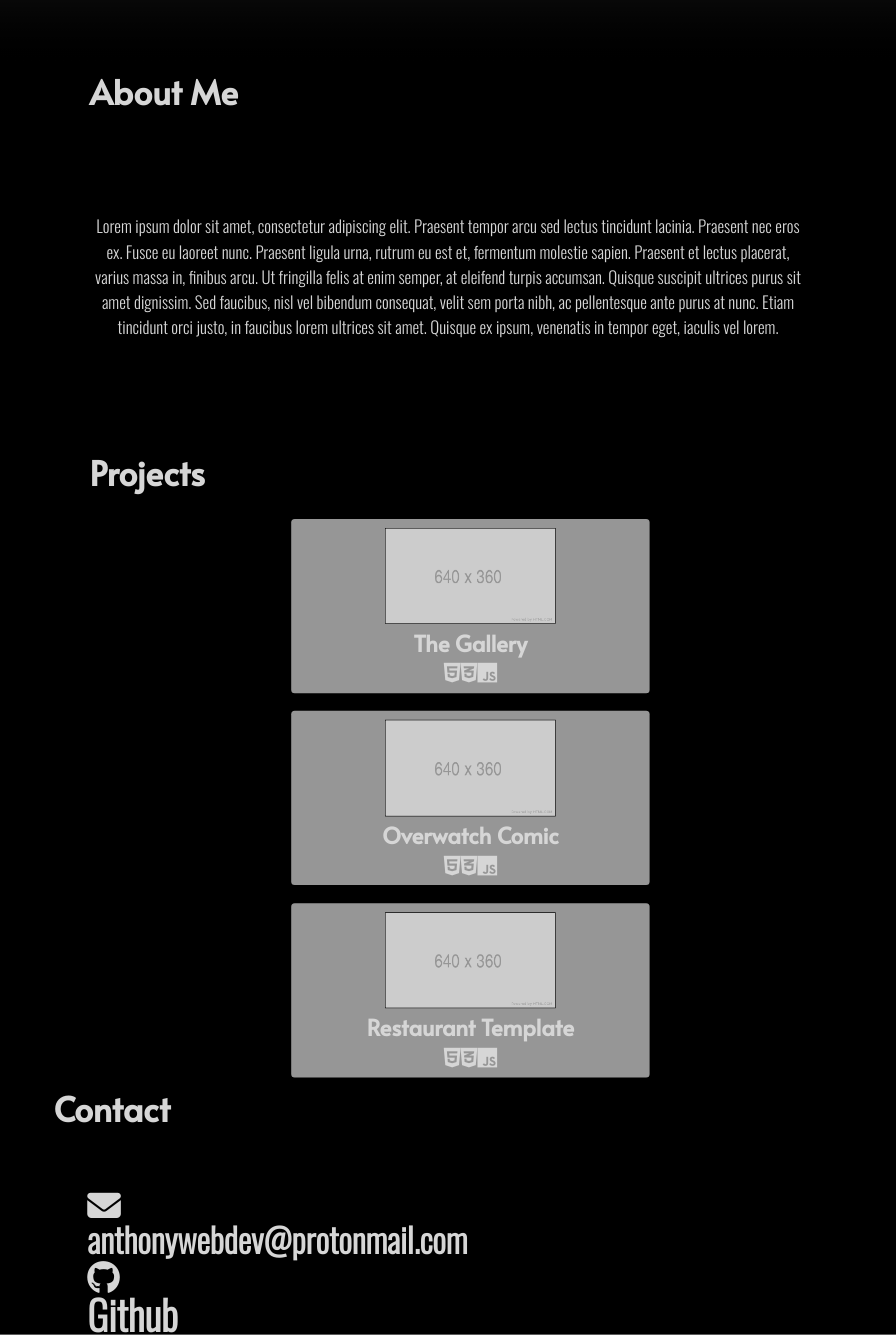
Repository: sloppytony/newport
Page: / (app in portfolio/)
The author's editor kept a copy of each file at every save. The page is drawn from the files as they stood at one save, then again after the next save.
The browser window is 1280 px wide. The pictures show the part of the page from y = 686 to 2606 px (the page is 2606 px tall), at 70% of full size.
Some web libraries are served in a nearby version. The project was rebuilt for these pictures with package versions that can differ from the ones it lists, and the page was loaded fresh each time. Also part of the build but not shown: portfolio/src/index.css.

Above is the page before, as saved 2020-08-23 19:49:19.

### portfolio/public/index.html
<!DOCTYPE html>
<html lang="en">
  <head>
    <meta charset="utf-8" />
    <link rel="icon" href="%PUBLIC_URL%/favicon.ico" />
    <meta name="viewport" content="width=device-width, initial-scale=1" />
    <meta name="theme-color" content="#000000" />
    <meta
      name="description"
      content="Web site created using create-react-app"
    />
    <link rel="apple-touch-icon" href="%PUBLIC_URL%/logo192.png" />
    <!--
      manifest.json provides metadata used when your web app is installed on a
      user's mobile device or desktop. See https://developers.google.com/web/fundamentals/web-app-manifest/
    -->
    <link rel="manifest" href="%PUBLIC_URL%/manifest.json" />
    <!--
      Notice the use of %PUBLIC_URL% in the tags above.
      It will be replaced with the URL of the `public` folder during the build.
      Only files inside the `public` folder can be referenced from the HTML.

      Unlike "/favicon.ico" or "favicon.ico", "%PUBLIC_URL%/favicon.ico" will
      work correctly both with client-side routing and a non-root public URL.
      Learn how to configure a non-root public URL by running `npm run build`.
    -->
    <link
      href="https://fonts.googleapis.com/css2?family=Alata&family=Oswald:wght@300&display=swap"
      rel="stylesheet"
    />
    <script
      src="https://kit.fontawesome.com/9a01f23326.js"
      crossorigin="anonymous"
    ></script>
    <title>React App</title>
  </head>
  <body>
    <noscript>You need to enable JavaScript to run this app.</noscript>
    <div id="root"></div>
    <!--
      This HTML file is a template.
      If you open it directly in the browser, you will see an empty page.

      You can add webfonts, meta tags, or analytics to this file.
      The build step will place the bundled scripts into the <body> tag.

      To begin the development, run `npm start` or `yarn start`.
      To create a production bundle, use `npm run build` or `yarn build`.
    -->
  </body>
</html>

### portfolio/src/App.js
import React from "react";

import "./App.css";

function App() {
  return (
    <body>
      <div className="section1">
        <div className="section1-container">
          <h1 className="mainTitle">Anthony Tostado</h1>
          <p className="mainPara">
            Welcome! take a look around...make yourself at home.
          </p>
          <h2 className="scroll">Scroll</h2>
        </div>
      </div>
      <div className="section2">
        <h1 className="title">About Me</h1>
        <p className="aboutPara">
          Lorem ipsum dolor sit amet, consectetur adipiscing elit. Praesent
          tempor arcu sed lectus tincidunt lacinia. Praesent nec eros ex. Fusce
          eu laoreet nunc. Praesent ligula urna, rutrum eu est et, fermentum
          molestie sapien. Praesent et lectus placerat, varius massa in, finibus
          arcu. Ut fringilla felis at enim semper, at eleifend turpis accumsan.
          Quisque suscipit ultrices purus sit amet dignissim. Sed faucibus, nisl
          vel bibendum consequat, velit sem porta nibh, ac pellentesque ante
          purus at nunc. Etiam tincidunt orci justo, in faucibus lorem ultrices
          sit amet. Quisque ex ipsum, venenatis in tempor eget, iaculis vel
          lorem.{" "}
        </p>
      </div>
      <div className="section3">
        <h1 className="projectTitle">Projects</h1>
        <div className="projectContent">
          <div className="card1">
            <img
              className="cardImage"
              src={require("../src/img/640x360.png")}
            ></img>
            <h1 className="cardTitle">The Gallery</h1>
            <div className="icons">
              <i className="fab fa-html5 fa-2x"></i>
              <i className="fab fa-css3-alt fa-2x"></i>
              <i className="fab fa-js fa-2x"></i>
            </div>
          </div>
          <div className="card2">
            <img
              className="cardImage"
              src={require("../src/img/640x360.png")}
            ></img>
            <h1 className="cardTitle">Overwatch Comic</h1>
            <div className="icons">
              <i className="fab fa-html5 fa-2x"></i>
              <i className="fab fa-css3-alt fa-2x"></i>
              <i className="fab fa-js fa-2x"></i>
            </div>
          </div>
          <div className="card3">
            <img
              className="cardImage"
              src={require("../src/img/640x360.png")}
            ></img>
            <h1 className="cardTitle">Restaurant Template</h1>
            <div className="icons">
              <i className="fab fa-html5 fa-2x"></i>
              <i className="fab fa-css3-alt fa-2x"></i>
              <i className="fab fa-js fa-2x"></i>
            </div>
          </div>
        </div>
      </div>
      <div className="section4">
        <h1 className="title">Contact</h1>
        <div className="contactIcons">
          <i className="fas fa-envelope fa-3x">
            <h1 className="contact1">anthonywebdev@protonmail.com</h1>
          </i>
          <i className="fab fa-github fa-3x">
            <h1 className="contact">Github</h1>
          </i>
        </div>
      </div>
    </body>
  );
}

export default App;

### portfolio/src/App.css
* {
  margin: 0;
  padding: 0;
  box-sizing: border-box;
}

body {
  background: linear-gradient(
    180deg,
    rgba(0, 0, 0, 0) 10%,
    rgba(0, 0, 0, 1) 30%
  );

  height: 360vh;
  width: 100%;
}

.image {
  width: 100%;
  height: 100%;
}

/*opening page*/
.section1 {
  height: 100vh;
  width: 100%;
  display: flex;
  justify-content: center;
  align-items: center;
  flex-direction: column;
}

div.section1-container {
  width: 80%;
  height: 75vh;
  background: url("./img/mountainspace.jfif");
  background-size: cover;
  background-position: bottom;
  display: flex;
  justify-content: center;
  align-items: center;
  flex-direction: column;
  box-shadow: -5px 5px 5px rgba(44, 44, 44, 0.5);
  border: 5px solid rgb(214, 214, 214);
}

.mainTitle {
  font-family: "Alata", sans-serif;
  font-weight: 100;
  font-size: 400%;
  display: flex;
  justify-content: center;
  align-items: center;
  text-align: center;
  color: rgb(214, 214, 214);

  animation: fadeIn 1.5s;
  border: 3px solid white;
  width: 50%;
  height: 20%;
}

.mainPara {
  font-family: "Oswald", sans-serif;
  font-size: 200%;
  display: flex;
  align-items: center;
  text-align: center;
  color: rgb(214, 214, 214);
  padding: 5%;
  text-shadow: -5px 5px 5px rgba(44, 44, 44, 0.5);
  animation: fadeIn 1.5s;
}

.scroll {
  font-family: "Oswald", sans-serif;
  font-size: 300%;
  padding-bottom: 2%;
  animation: pulse 2.5s infinite;
  color: rgb(214, 214, 214);
}

/*about*/
.section2 {
  height: 75vh;
  width: 100%;
  overflow: hidden;
  display: flex;
  align-items: center;
  justify-content: center;
  flex-direction: column;
  margin-bottom: 10%;
}

.title {
  height: 20vh;
  width: 80%;

  font-family: "Alata", sans-serif;
  font-size: 300%;
  color: rgb(214, 214, 214);
}

.projectTitle {
  height: 20vh;
  width: 80%;

  font-family: "Alata", sans-serif;
  font-size: 300%;
  color: rgb(214, 214, 214);
}

p.aboutPara {
  width: 80%;
  height: 20vh;
  text-align: center;
  margin: 5%;
  font-size: 150%;
  font-family: "Oswald", sans-serif;
  color: rgb(214, 214, 214);
}

/*projects*/
.section3 {
  height: 100vh;
  width: 100%;

  color: rgb(16, 130, 230);
  display: flex;
  justify-content: center;
  align-items: center;
  flex-direction: column;
}

div.projectContent {
  width: 100%;
  height: 99vh;
  display: flex;
  align-items: center;
  justify-content: center;
  flex-direction: column;
  margin-top: 5%;
}

div.card1 {
  height: 50%;
  width: 40%;
  display: flex;
  justify-content: center;
  align-items: center;
  flex-direction: column;
  background: rgb(214, 214, 214, 0.7);
  border-radius: 5px 5px 5px;
  margin-left: 5%;
  padding: 1%;
  margin-top: 2%;
}

div.card2 {
  height: 50%;
  width: 40%;
  display: flex;
  justify-content: center;
  align-items: center;
  flex-direction: column;
  background: rgb(214, 214, 214, 0.7);
  border-radius: 5px 5px 5px;
  margin-left: 5%;
  padding: 1%;
  margin-top: 2%;
}

div.card3 {
  height: 50%;
  width: 40%;
  display: flex;
  justify-content: center;
  align-items: center;
  flex-direction: column;
  background: rgb(214, 214, 214, 0.7);
  border-radius: 5px 5px 5px;
  margin-left: 5%;
  padding: 1%;
  margin-top: 2%;
}

img.cardImage {
  width: 50%;
  border: 1px solid black;
}

h1.cardTitle {
  margin: 1%;
  font-size: 300;
  font-family: "Alata", sans-serif;
  color: rgb(214, 214, 214);
}

/*contact*/
div.section4 {
  height: 50vh;
  width: 75%;

  margin-top: 10%;
  margin-left: 6%;
}

div.contactIcons {
  height: 30vh;
  display: flex;
  justify-content: space-around;
  align-items: baseline;
  flex-direction: column;
  padding-left: 5%;
  color: rgb(214, 214, 214);
}

.contact {
  font-family: "Oswald", sans-serif;
  font-size: larger;
}

.contact1 {
  font-family: "Oswald", sans-serif;
  font-size: 100%;
}

i {
  color: rgb(214, 214, 214);
}

@media only screen and (max-width: 1025px) {
  .contact1 {
    font-size: 50%;
  }
}

@keyframes fadeIn {
  from {
    opacity: 0;
  }
  to {
    opacity: 1;
  }
}

@keyframes pulse {
  0% {
    opacity: 0;
  }

  50% {
    opacity: 1;
  }
  100% {
    opacity: 0;
  }
}

Loaded but not shown: portfolio/src/index.js (common file); portfolio/src/serviceWorker.js (common file)

After the next save:
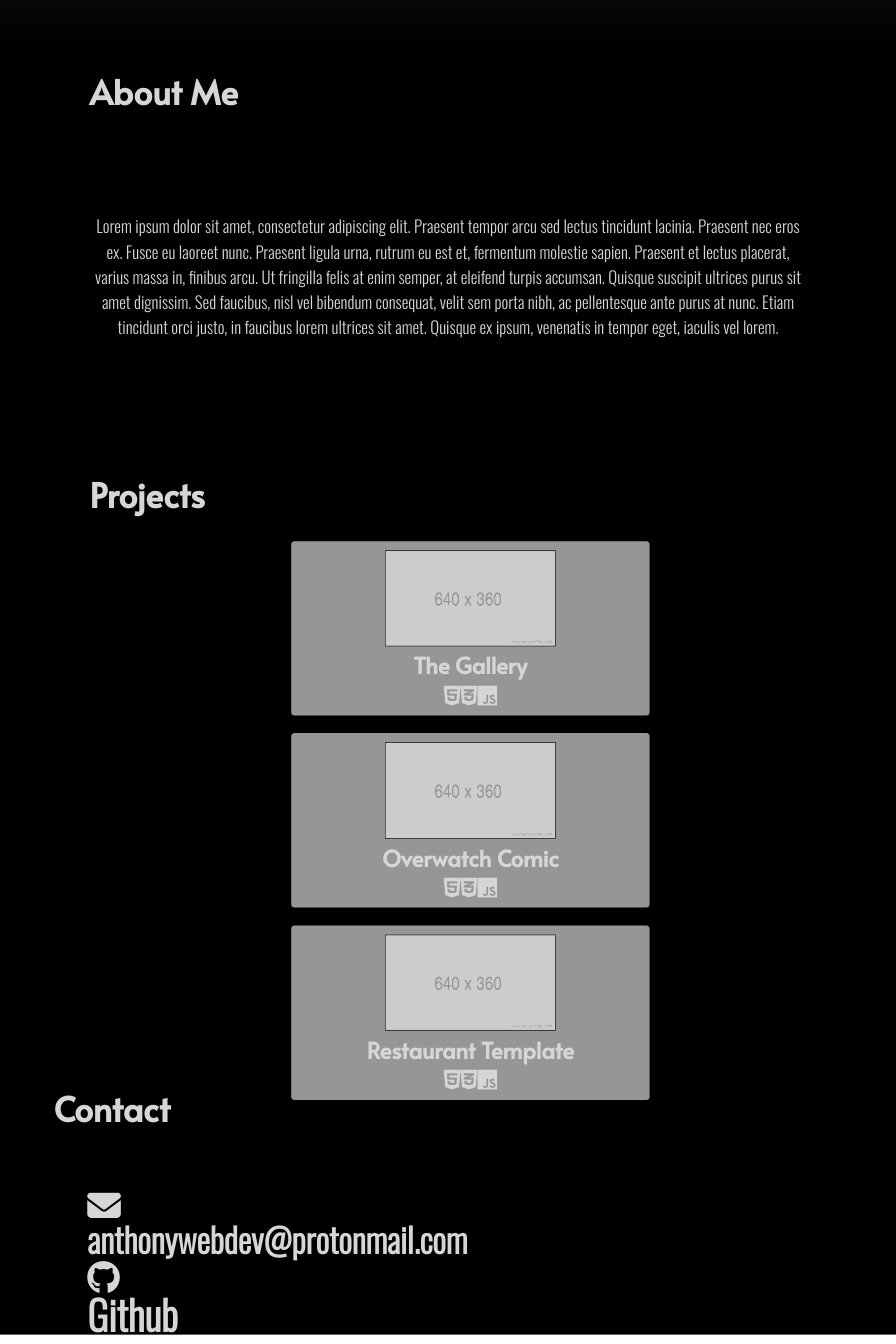
Saved 27 s later.
--- a/portfolio/src/App.css
+++ b/portfolio/src/App.css
@@ -104,7 +104,7 @@ div.section1-container {
 .projectTitle {
   height: 20vh;
   width: 80%;
-
+  padding-top: 5%;
   font-family: "Alata", sans-serif;
   font-size: 300%;
   color: rgb(214, 214, 214);
